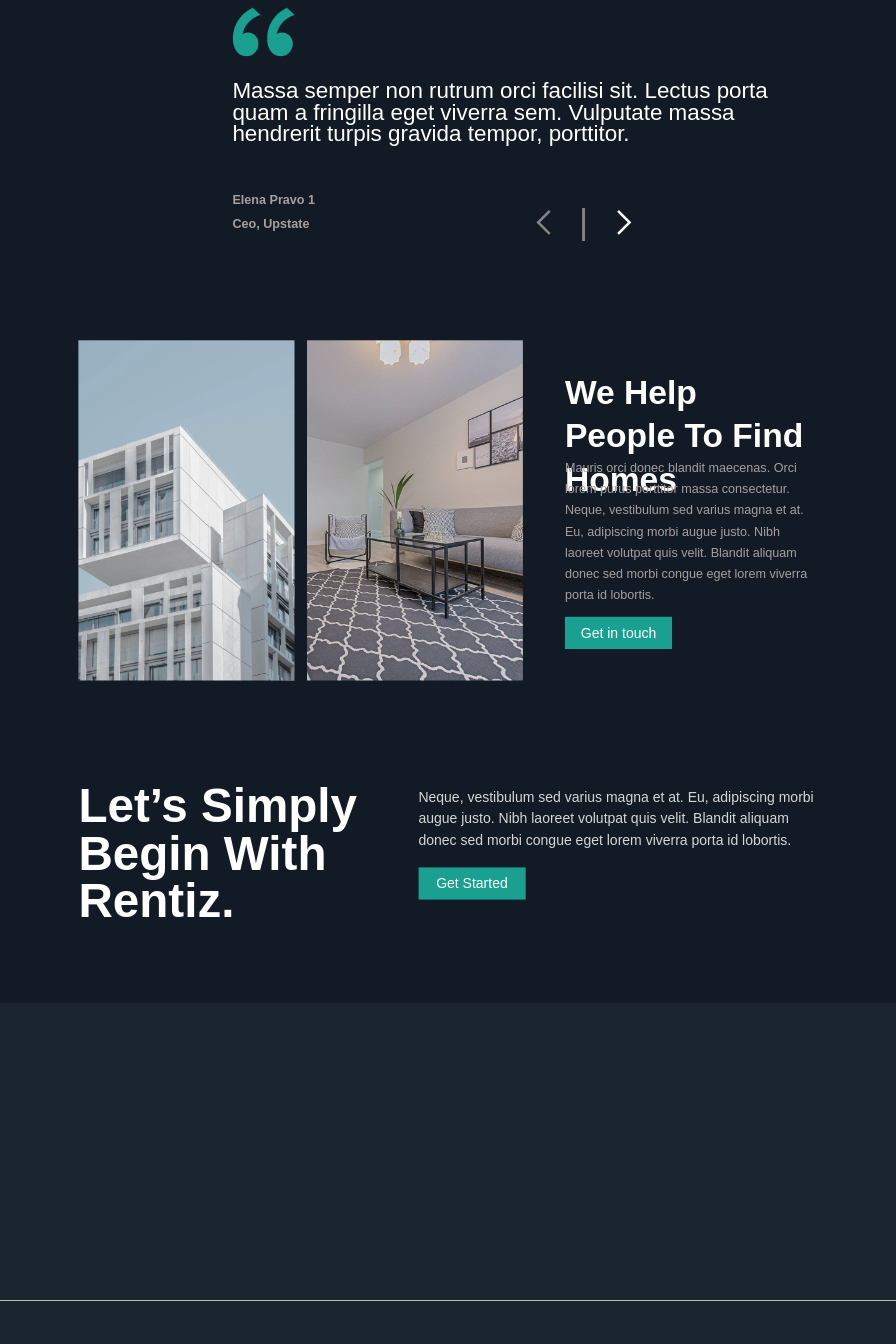
Repository: tung1233hhhhhhhhhhhhh/WebClone-Home
Page: index.html
An editor plug-in stored every save of this project. The page is shown before and after the next save, followed by the edit.
The browser window is 1280 px wide. The pictures show the part of the page from y = 2733 to 4653 px (the page is 4653 px tall), at 70% of full size.

Above is the page before, as saved 2023-05-27 20:43:01.

After the next save:
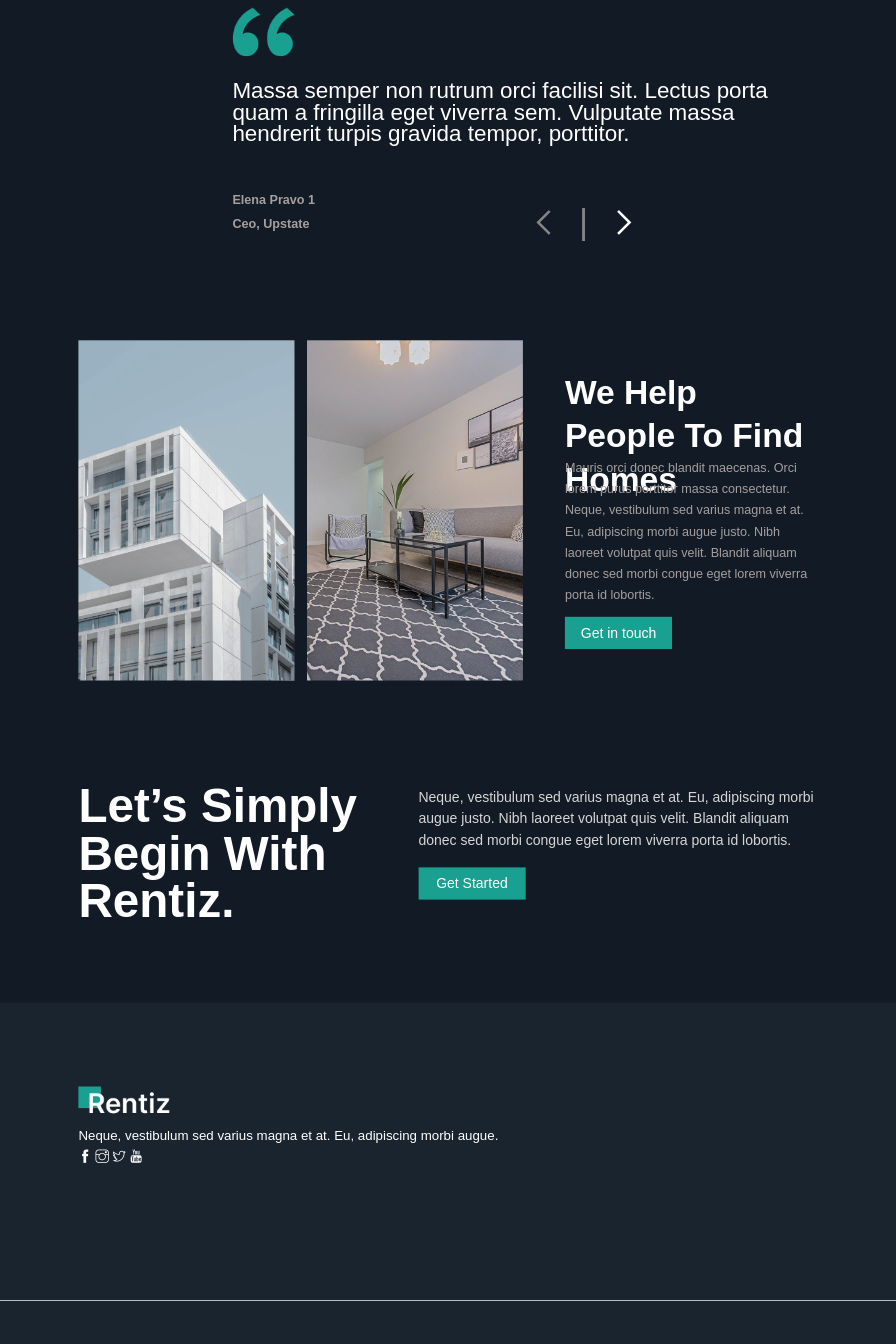
Saved 2 min 16 s later.
--- a/index.html
+++ b/index.html
@@ -526,7 +526,14 @@
     <div id="footer">
         <div class="footer-top">
             <div class="footer-top-container">
-                <div class="column column1"></div>
+                <div class="column column1">
+                    <img src="./assets/img/logo.png" alt="">
+                    <p>Neque, vestibulum sed varius magna et at. Eu, adipiscing morbi augue.</p>
+                    <i class="ti-facebook"></i>
+                    <i class="ti-instagram"></i>
+                    <i class="ti-twitter"></i>
+                    <i class="ti-youtube"></i>
+                </div>
                 <div class="column column2"></div>
                 <div class="column column3"></div>
                 <div class="column column4"></div>
